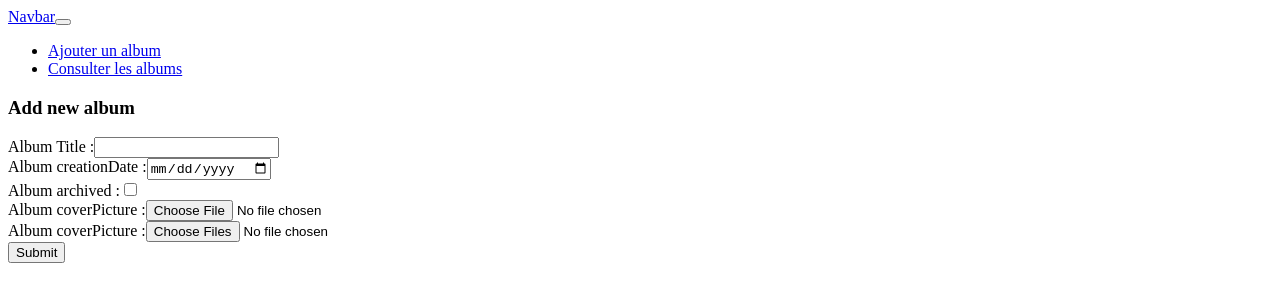
Repository: yassinecher/TestCC4SAE6
Page: /albums/add
These files come from the project's save history. The page is drawn as it stood at one moment and after the next save; the edit follows.
The browser window is 1280 px wide. The pictures show the whole page.
The project was rebuilt for these pictures with package versions that can differ from the ones it lists, and the page was loaded fresh each time. Also part of the build but not shown: angular.json, src/app/components/albums/albums.component.ts, src/app/components/not-found/not-found.component.ts.

Above is the page before, as saved 2024-12-20 14:39:23.

After the next save:
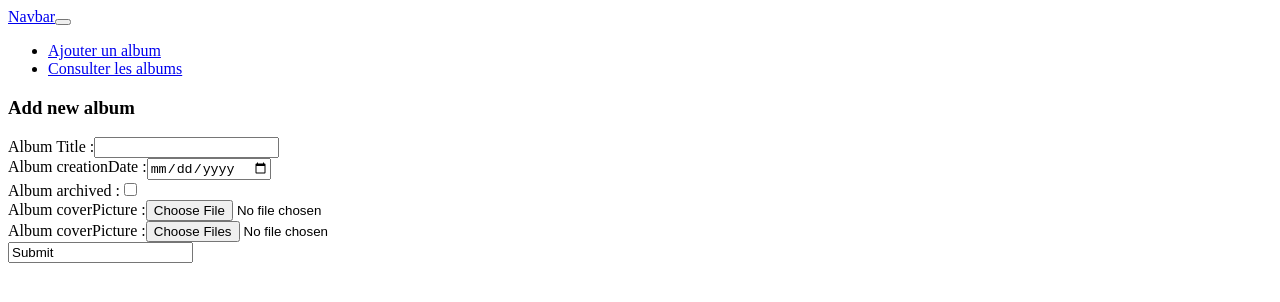
Saved 20 s later.
--- a/src/app/components/add-albums/add-albums.component.html
+++ b/src/app/components/add-albums/add-albums.component.html
@@ -52,7 +52,9 @@
                         album number invalid</div>
                 </div>
             </div>
-            <button type="submit" >Submit</button>
+            <div class="mb-3">
+                <input type="sumbit" value="Submit" class="btn btn-outline-success" (click)="add()">
+            </div>
         </form>
     </div>
 </div>
